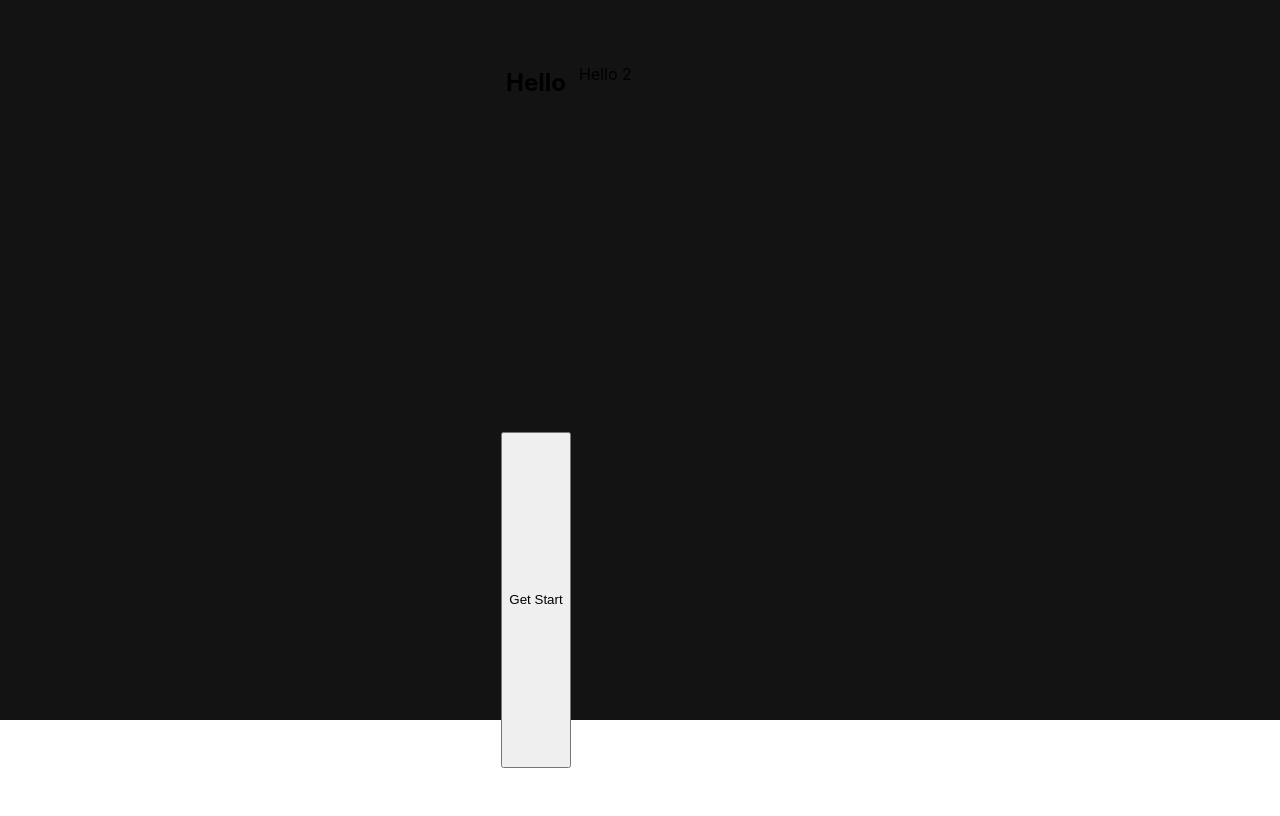
Repository: KamalEssam/react-framer
Page: /
The author's editor kept a copy of each file at every save. The page is drawn from the files as they stood at one save, then again after a run of saves.
The browser window is 1280 px wide. The pictures show the whole page.
The project was rebuilt for these pictures with package versions that can differ from the ones it lists, and the page was loaded fresh each time.

Above is the page before, as saved 2021-12-25 22:40:27.

### src/App.js
import './App.css';
import Hero from './Components/Hero'
function App() {
  return (
    <div className="App">
      <Hero />
    </div>
  );
}

export default App;

### src/Components/Hero.js
import React from 'react'
import { motion } from 'framer-motion';
import styled from 'styled-components';

const Section = styled.section`
  height: 100vh;
  display: flex;
  justify-content: center;
  align-items: center;
  background: #131313;
`;

const Container = styled.div`
  display: grid;
  grid-template-columns: 1fr 1fr;
  height: 100vh;
  padding: 3rem calc((100vw - 1300px) / 2);
  @media screen and (max-width: 768px) {
    grid-grid-template-columns: 1fr;
  }
`;
const ColumnLeft = styled.div`
  display: grid;
  grid-template-columns: 1fr 1fr;
  height: 100vh;
  padding: 3rem calc((100vw - 1300px) / 2);
  @media screen and (max-width: 768px) {
    grid-grid-template-columns: 1fr;
  }
`;
const ColumnRight = styled.div`
  display: grid;
  grid-template-columns: 1fr 1fr;
  height: 100vh;
  padding: 3rem calc((100vw - 1300px) / 2);
  @media screen and (max-width: 768px) {
    grid-grid-template-columns: 1fr;
  }
`;



function Hero() {
    return (
        <Section >
            <Container>
                <ColumnLeft>
                    <h1> Hello </h1>
                    <p> Hello 2</p>
                    <button> Get Start</button>
                </ColumnLeft>
                <ColumnRight>

                </ColumnRight>
            </Container>
        </Section>
    )
}

export default Hero

Loaded but not shown: public/index.html (common file); src/index.js (common file); src/index.css (common file); src/App.css (common file)

After the next 2 saves:
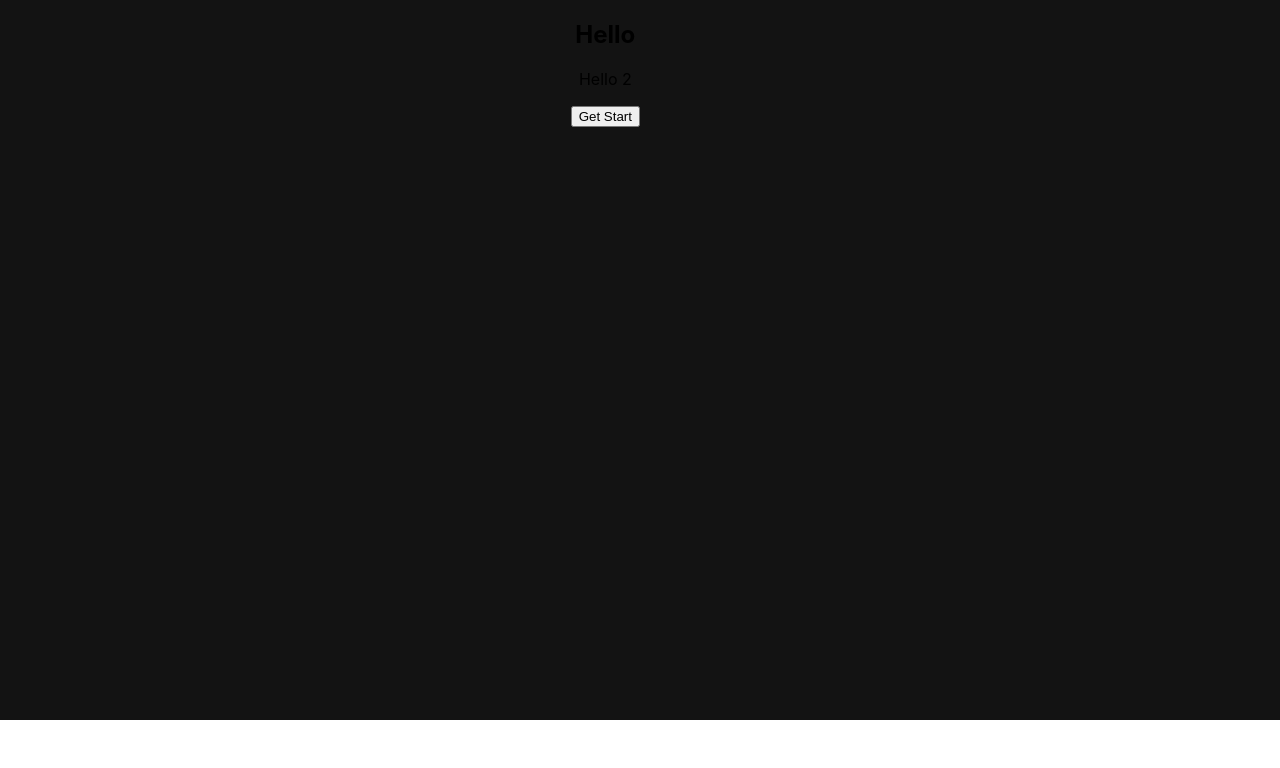
The 2 saves are shown as one change because they came seconds apart.
The last was saved 37 s later.
--- a/src/Components/Hero.js
+++ b/src/Components/Hero.js
@@ -20,22 +20,10 @@ const Container = styled.div`
   }
 `;
 const ColumnLeft = styled.div`
-  display: grid;
-  grid-template-columns: 1fr 1fr;
-  height: 100vh;
-  padding: 3rem calc((100vw - 1300px) / 2);
-  @media screen and (max-width: 768px) {
-    grid-grid-template-columns: 1fr;
-  }
+
 `;
 const ColumnRight = styled.div`
-  display: grid;
-  grid-template-columns: 1fr 1fr;
-  height: 100vh;
-  padding: 3rem calc((100vw - 1300px) / 2);
-  @media screen and (max-width: 768px) {
-    grid-grid-template-columns: 1fr;
-  }
+
 `;
 
 
